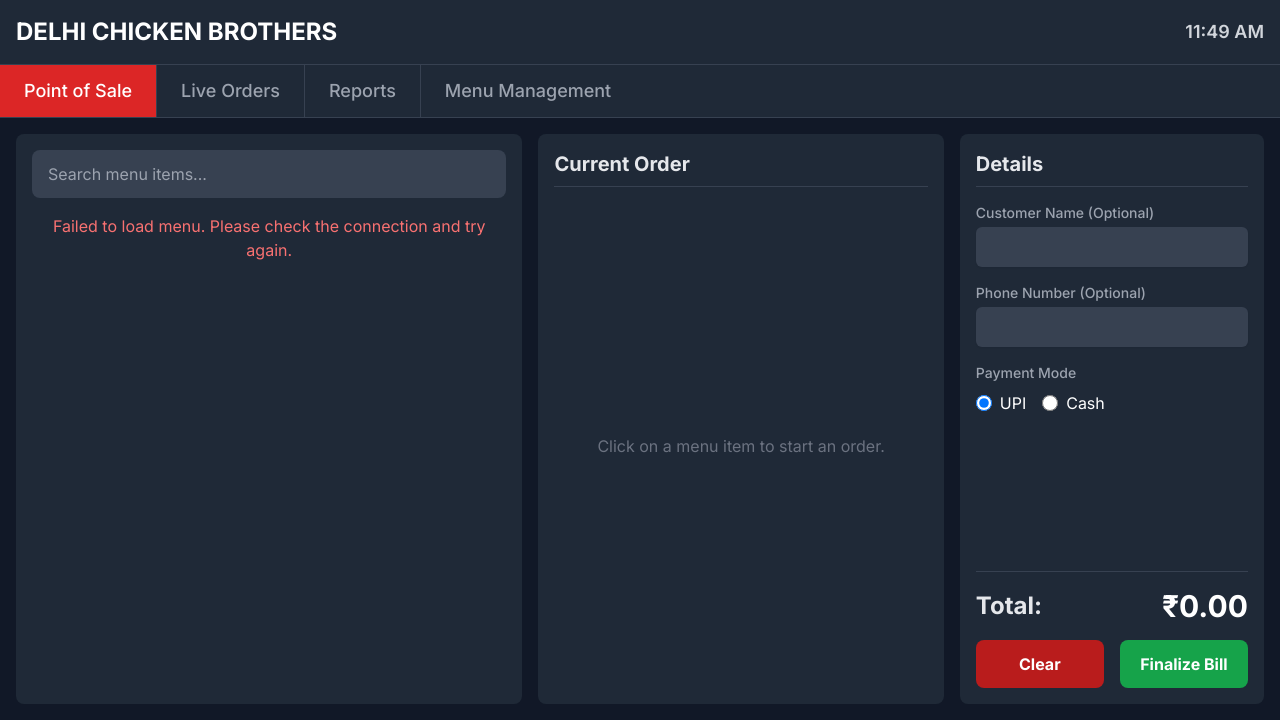
Repository: roydigital/dcb-pos-app
Page: index.html
The author's editor kept a copy of each file at every save. The page is drawn from the files as they stood at one save, then again after the next save.
The browser window is 1280 px wide. The pictures show the whole page.
The page's requests for data from a server got no answer. Some web libraries are served in a nearby version.

Above is the page before, as saved 2025-09-15 16:37:12.

After the next save:
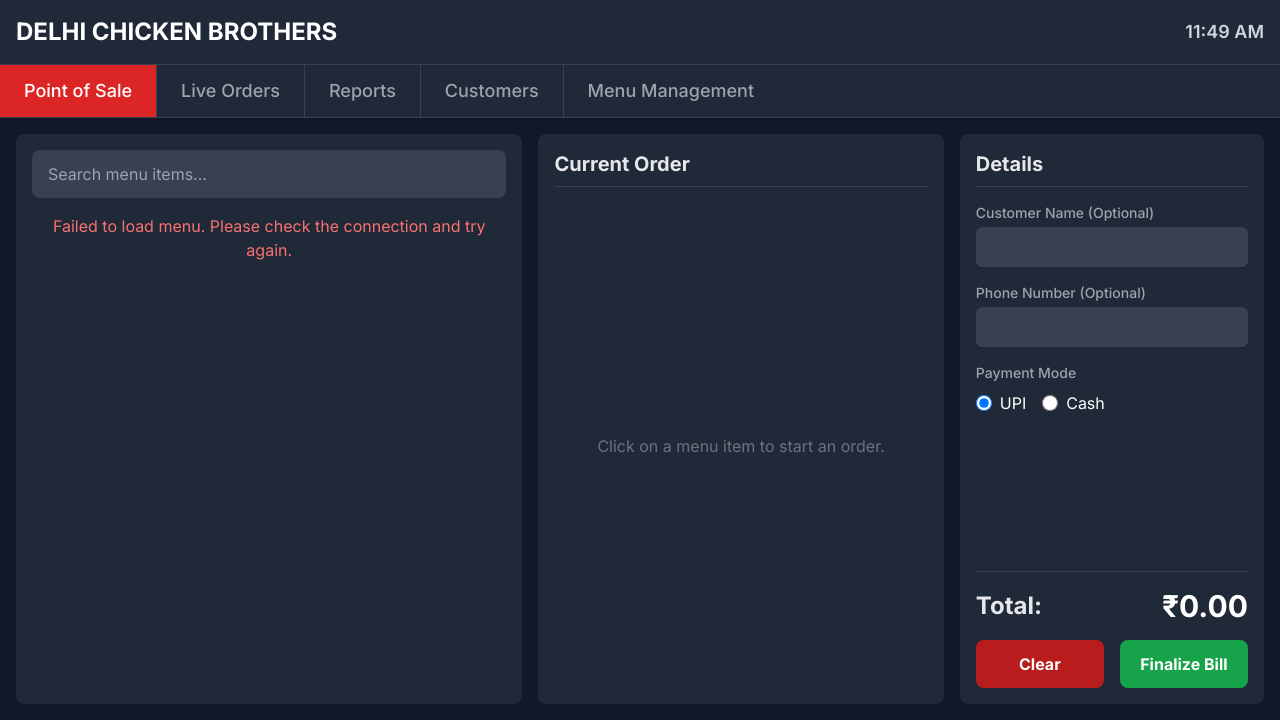
Saved 5 min 37 s later.
--- a/index.html
+++ b/index.html
@@ -28,6 +28,7 @@
                 <a href="index.html" class="px-6 py-3 text-lg font-medium bg-red-600 text-white border-r border-gray-700">Point of Sale</a>
                 <a href="live-orders.html" class="px-6 py-3 text-lg font-medium text-gray-400 hover:bg-gray-700 border-r border-gray-700">Live Orders</a>
                 <a href="reports.html" class="px-6 py-3 text-lg font-medium text-gray-400 hover:bg-gray-700 border-r border-gray-700">Reports</a>
+                <a href="customers.html" class="px-6 py-3 text-lg font-medium text-gray-400 hover:bg-gray-700 border-r border-gray-700">Customers</a>
                 <a href="menu-management.html" class="px-6 py-3 text-lg font-medium text-gray-400 hover:bg-gray-700">Menu Management</a>
             </div>
         </nav>
